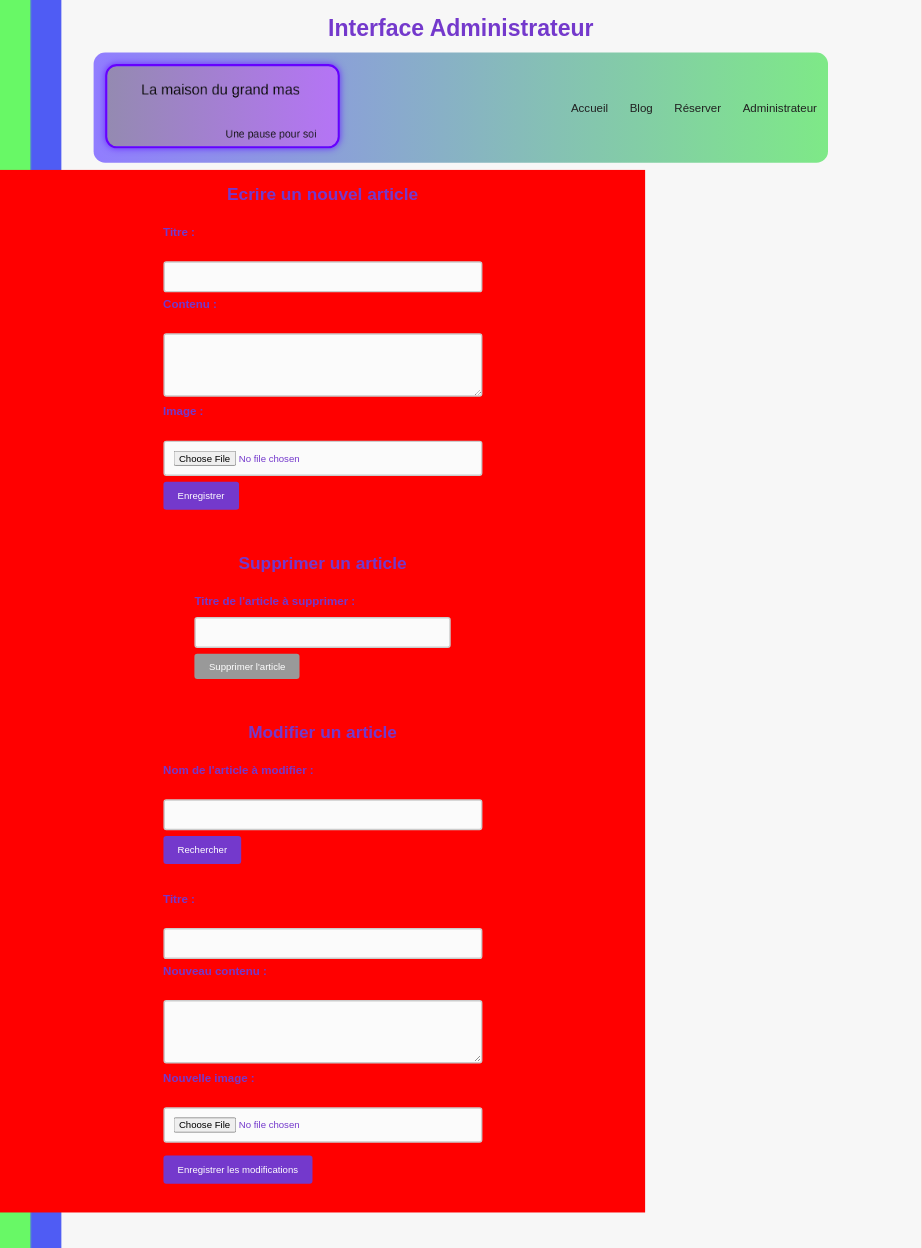
Repository: Crosnierpaul/Les_Rangers_de_Pouvoir
Page: http://localhost/adminBlog
The author's editor kept a copy of each file at every save. The page is drawn from the files as they stood at one save, then again after the next save.
The browser window is 1280 px wide. The pictures show the whole page, at 72% of full size.
Backgrounds fixed to the window are drawn as part of the page. The page is served by the project's Node server (site/server.js). Other server files are loaded and not shown.

Above is the page before, as saved 2024-05-07 16:53:41.

### site/public/views/blogAdmin.ejs
<!DOCTYPE html>
<html lang="fr">
<head>
    <meta charset="UTF-8">
    <meta name="viewport" content="width=device-width, initial-scale=1.0">
    <title>Interface Administrateur</title>
    <link rel="stylesheet" href="/css/style.css">
    <link rel="stylesheet" href="/css/blogAdmin.css">
    <!-- Utilisation du chemin absolu pour le fichier CSS -->
</head>
<body>
        <h1>Interface Administrateur</h1>
        <%- include('navbarAdmin') %>

        <div class="containerBlog">
    <section>
        <h2>Ecrire un nouvel article</h2>
        <form id="articleForm">
            <label for="title">Titre :</label><br>
            <input type="text" id="title" name="title" required><br>
            <label for="content">Contenu :</label><br>
            <textarea id="content" name="content" rows="4" cols="50" required></textarea><br>
            <label for="image">Image :</label><br>
            <input type="file" id="image" name="image"><br>
            <input type="submit" value="Enregistrer">
        </form>
    </section>

    <section>
        <h2>Supprimer un article</h2>
         <form id="deleteArticleForm">
            <label for="articleTitleToDelete">Titre de l'article à supprimer :</label>
            <input type="text" id="articleTitleToDelete" name="articleTitleToDelete">
            <button type="submit">Supprimer l'article</button>
        </form>
    </section>

    <section >
        <h2>Modifier un article</h2>
        <form id="searchArticleForm">
            <label for="searchTitle">Nom de l'article à modifier :</label><br>
            <input type="text" id="searchTitle" name="searchTitle" required><br>
            <input type="submit" value="Rechercher">
        </form>

        <form id="editArticleForm">
            <label for="editTitle">Titre :</label><br>
            <input type="text" id="editTitle" name="editTitle" readonly required><br>
            <label for="editContent">Nouveau contenu :</label><br>
            <textarea id="editContent" name="editContent" rows="4" cols="50" required></textarea><br>
            <label for="editImage">Nouvelle image :</label><br>
            <input type="file" id="editImage" name="editImage"><br>
            <input type="submit" value="Enregistrer les modifications" id="saveChanges">
        </form>
    </section>
</div>

    <script src="/js/blogAdmin.js"></script> <!-- Utilisation du chemin absolu pour le fichier JavaScript -->
</body>
</html>

### site/public/views/navbarAdmin.ejs
<!DOCTYPE html>
<html lang="fr">
<head>
    <meta charset="UTF-8">
    <meta name="viewport" content="width=device-width, initial-scale=1.0">
    <title>Navbar</title>
    <link href="/css/navbar.css" rel="stylesheet">
</head>
<body>
    <header>
        <nav class="navbar navbar-expand-md navbar-light">
            <div class="container">
                <!-- Ajouter le bouton de bascule pour les petits écrans
                <button class="navbar-toggler" type="button" data-toggle="collapse" data-target="#navbarSupportedContent" aria-controls="navbarSupportedContent" aria-expanded="false" aria-label="Toggle navigation">
                    <span class="navbar-toggler-icon"></span>
                </button> -->
                <div class="collapse navbar-collapse justify-content-center" id="navbarSupportedContent">
                    <ul class="navbar-nav d-flex justify-content-start">
                        <li id="liLogo">
                            <img id="logo" src="/images/logo.png"/>
                        </li>
                        <li class="nav-item">
                            <a class="nav-link" href="/">Accueil</a>
                        </li>
                        <li class="nav-item">
                            <a class="nav-link" href="/blog">Blog</a>
                        </li>
                        <li class="nav-item">
                            <a class="nav-link" href="/entretien">Réserver</a>
                        </li>
                        <li class="nav-item">
                            <a class="nav-link" href="/admin">Administrateur</a>
                        </li>
                        </ul>
                    </div>
                </div>
            </div>
        </nav>
    </header>

    <!-- Inclure jQuery (requis pour Bootstrap JavaScript)
    <script src="https://ajax.googleapis.com/ajax/libs/jquery/3.5.1/jquery.min.js"></script>
    Inclure Bootstrap JavaScript
    <script src="https://stackpath.bootstrapcdn.com/bootstrap/4.5.2/js/bootstrap.bundle.min.js"></script> -->
</body>
</html>

<script>
    // Attendez que le DOM soit chargé
    document.addEventListener("DOMContentLoaded", function() {
        // Récupérez l'URL de la page actuelle
        var currentLocation = window.location.href.substring("http://localhost:3000".length);

        // Sélectionnez tous les liens de la navbar
        var navLinks = document.querySelectorAll('.navbar-nav .nav-item');

        // Parcourez chaque lien pour vérifier s'il correspond à la page active
        navLinks.forEach(function(navItem) {
            var link = navItem.querySelector('.nav-link');
            var linkHref = link.getAttribute('href');

            // Vérifiez si l'URL de la page actuelle correspond à l'URL du lien dans la navbar
            if (currentLocation === linkHref) {
                // Ajoutez la classe 'active' à l'élément parent (li) correspondant
                navItem.classList.add('active');
            }
        });
    });
</script>

### site/public/css/style.css

body {
    font-family: Arial, sans-serif;
    margin: 20px;
    padding: 0;
    background-image: url(../images/layered-waves-haikei.png);
    background-size: cover;
    background-repeat: no-repeat;
    background-attachment: fixed;
}

h1, h2 {
    text-align: center;
    margin-bottom: 5px;
    color: #7439cc;
}


form {
    margin-bottom: 30px;
}

label {
    display: block;
    margin-bottom: 5px;
    color: #7439cc;
}

input[type="text"],
textarea,
input[type="file"] {
    width: 100%;
    padding: 10px;
    margin-bottom: 15px;
    border: 1px solid #191919;
    border-radius: 4px;
    box-sizing: border-box;
    background-color: #fbfbfb;
    color: #7439cc;
}

input[type="submit"],
button[type="submit"] {
    display: inline-block;
    background-color: #999;
    color: #fff;
    padding: 10px 20px;
    margin-bottom: 10px;
    border: none;
    border-radius: 4px;
    cursor: pointer;
}

input[type="submit"]:hover,
button[type="submit"]:hover {
    background-color: #ccc;
    color: #333;
}

#clearArticles,
#deleteArticle {
    margin-right: 10px;
}

@media (max-width: 480px) {
    #deleteArticle,
    #deleteLastArticle {
        width: 100%;
        display: block;
        margin-right: 0;
    }
}

#articlesList {
    background-color: #333;
}

/*------------------------- CONTAINER ET INFOS INFOS ACCUEIL ---------------------------------------------*/

.bordertitle {
    border-bottom: 4px solid #e9de02;
    border-top: 4px solid #e9de02;
    box-shadow: #e9de024e -5px 5px, rgba(240, 46, 170, 0.3) -10px 10px, rgba(240, 46, 170, 0.2) -15px 15px, rgba(240, 46, 170, 0.1) -20px 20px, rgba(240, 46, 170, 0.05) -25px 25px;
}


.containerindex {
    display: flex;
    flex-direction: column;
    min-width: 40em;
    max-width: 120em;
    align-items: center;
    border-radius: 48px 10px 46px 10px;
    -webkit-border-radius: 48px 10px 46px 10px;
    -moz-border-radius: 48px 10px 46px 10px;
    background-image: url(../images/blob-scene-haikei.png);
    background-repeat: no-repeat;
    background-size: cover;
}
.row {
    display: flex;
    justify-content: center; /* Espacement égal entre les éléments */
    width: 100%;
}

.card {
    --background: linear-gradient(to left, #7439cc 0%, #1ae42b 100%);
    max-width: 100%;
    max-height: 100%;
    padding: 5px;
    border-radius: 1rem;
    overflow: visible;
    background: #f7ba2b;
    background: var(--background);
    position: relative;
    z-index: 1;
    margin: 20px;
    margin-top: 15px;
}

.card::after {
    position: absolute;
    content: "";
    top: 30px;
    left: 0;
    right: 0;
    z-index: -1;
    height: 100%;
    width: 100%;
    transform: scale(0.8);
    filter: blur(25px);
    background: #f7ba2b;
    background: var(--background);
    transition: opacity .5s;
}

.card-info {
    --color: #f4f4f4;
    background: var(--color);
    color: var(--color);
    display: flex;
    flex-direction: column; /* Affichage en colonnes */
    justify-content: center;
    align-items: center;
    width: 100%;
    height: 100%;
    overflow: visible;
    border-radius: .7rem;
}

.card .title {
    font-weight: bold;
}

/*Hover*/
.card:hover::after {
    opacity: 0;
}

.card:hover .card-info {
    color: #f7ba2b;
    transition: color 1s;
}

/* Ajouter un espace de 25px entre les deux cartes du haut */
.row:first-child .col-6 {
    margin-right: 25px;
}

/* Centrer la carte du bas */
.row:last-child {
    justify-content: center;
}

.row {
    display: flex;
    justify-content: center;
    width: 100%;
    flex-direction: row;
    flex-wrap: nowrap;
    align-content: center;
    align-items: center;
}


/*------------------------- ONEPAGE ---------------------------------------------*/

body {
    font-family: Arial, sans-serif;
    margin: 0;
    padding: 0;
    box-sizing: border-box;
    overflow-x: hidden; /* Empêche le défilement horizontal d'apparaître */
}

.navbarHori {
    position: fixed;
    top: 50%; /* Positionne la barre de navigation à 50% du haut de la fenêtre */
    transform: translateY(-50%); /* Déplace la barre de navigation vers le haut de moitié de sa propre hauteur */
    right: 10px; /* Ajoute un espace à droite pour éviter le chevauchement avec la barre de défilement */
    width: 20px; /* Largeur réduite de la barre de navigation */
    height: calc(100vh - 50vh); /* Hauteur de la barre de navigation (100% de la hauteur moins 50% de la hauteur) */
    background-color: rgb(156, 255, 164);
    display: flex;
    flex-direction: column;
    align-items: center;
    justify-content: center;
    border-radius: 15px;
    opacity: 0.2; /* Définit l'opacité initiale à 0 (invisible) */
    transition: opacity 0.3s ease; /* Ajoute une transition sur l'opacité */
}

.navbarHori:hover {
    opacity: 1; /* Rend la barre de navigation visible au survol */
}

.navbarHori a {
    text-decoration: none;
    margin-bottom: 18px; /* Réduit légèrement l'espacement entre les points */
    width: 10px; /* Largeur réduite du point */
    height: 10px; /* Hauteur réduite du point */
    border-radius: 50%; /* Pour rendre le point rond */
    background-color: #fff;
    display: flex;
    align-items: center;
    justify-content: center;
    transition: transform 0.2s ease; /* Ajoute une transition sur la propriété transform */
}

.navbarHori a:hover {
    transform: scale(0.9); /* Réduit légèrement la taille du point au survol */
}

.navbarHori a:active {
    transform: scale(0.8); /* Réduit davantage la taille du point lorsque pressé */
    /* background-color: #666; /* Change la couleur de fond du point lorsque pressé */
    opacity: 0;
}

.baniere {
    display: flex;
    flex-direction: column;
    align-items: center;
    justify-content: center;
    padding: 50px;
    margin: 1em;
    background-image: url(https://www.barnes-international.com/images/titres_personnalises/-titre-lhYBl.jpg);
    height: 60vh;
    border-radius: 1em;
}

.section {
    display: flex;
    flex-direction: column;
    align-items: center;
    padding: 50px;
    margin-top: 80px;
    /* background-image: url(https://img.freepik.com/vecteurs-premium/fond-remplissage-motif-repetition-sans-soudure_74869-1234.jpg?size=626&ext=jpg&ga=GA1.1.1413502914.1713571200&semt=ais); */
    /* --background: linear-gradient(to bottom, #ffffff 0%, #999999 100%);
    background: var(--background); */
    background-color: #eeeeee00;
    max-height: 400vh;
    min-height: 100vh;
}

.section h1 {
    text-align: center;
    margin-top: -20px;
    margin-bottom: 20px;
    color : #7439cc;
}

.section ul {
    list-style-type: none;
    padding: 0;
    margin: 0;
}

.section ul li {
    margin-right: 1em;
    margin-left: 1em;
    position: relative;
    padding-left: 20px;
    margin-bottom: 8px;
    font-size: 18px; /* Taille de texte ajustée */
    line-height: 1.6;
    color: #7439cc;
    font-family: "Arial", sans-serif; /* Changement de police */
}

/* Affiche la section correspondante lorsqu'un point est survolé */
.navbarHori a:hover::before {
    content: attr(data-section); /* Affiche le nom de la section */
    position: absolute;
    right: 180%; /* Positionne le texte à gauche de la barre de navigation */
    background-color: rgba(255, 255, 255, 0.9); /* Couleur de fond du texte */
    padding: 5px;
    border-radius: 5px;
    font-size: 14px;
    white-space: nowrap;
}

@media (max-width: 768px) { /* Ajout de la règle media query pour les tailles de vue inférieures à 768px, qui est généralement utilisée pour les tablettes et les téléphones */
    .navbarHori {
        position: fixed;
        top: 50%;
        transform: translateY(-50%); /* Déplace la barre de navigation vers le haut de moitié de sa propre hauteur */
        height: auto;
        transform: none; /* Supprime la transformation de translation */
        opacity: 1; /* Rend la barre de navigation toujours visible */
        background-color: rgb(156, 255, 164); /* Couleur de fond */
    }

    .navbarHori:hover,
    .navbarHori a:hover,
    .navbarHori a:active {
        transform: none; /* Supprime la transformation au survol ou à l'activation */
        opacity: 1; /* Rend la barre de navigation toujours visible */
    }

    .navbarHori a::before {
        display: none; /* Cache le texte de section avant le survol */
    }
}

#articlesList div {
    background-color: #f9f9f9;
    border-radius: 1em;
    margin: 1em;
    padding-top: 2vh;
    padding-bottom: 2vh;
    padding-left: 5vh;
    padding-right: 5vh;
}

#articlesList p, #articlesList h2 {
    color: #7439cc;
}

#articlesList {
    background-color: transparent;
}

### site/public/css/blogAdmin.css

/* Style pour le formulaire d'ajout d'article */
#articleForm {
    margin-top: 30px;
}

/* Style pour le formulaire de suppression d'article */
#deleteArticleForm {
    margin-top: 30px;
}

/* Style pour le formulaire de recherche d'article */
#searchArticleForm {
    margin-top: 30px;
}

/* Style pour le formulaire de modification d'article */
#editArticleForm {
    margin-top: 30px;
}

/* Style pour les étiquettes des formulaires */
label {
    font-weight: bold;
}
/* Styles pour les sections */
.containerBlog {
    margin-bottom: 50px;
    background-color: red;
    width: 70%;
    display: flex;
    flex-direction: column;
    align-items: center;
}


/* Style pour les titres des sections */
h1, h2 {
    text-align: center;
}

/* Style pour les champs de saisie et les zones de texte */
input[type="text"],
input[type="file"],
textarea {
    width: 100%;
    padding: 12px;
    margin: 8px 0;
    box-sizing: border-box;
    border: 2px solid #ccc;
    border-radius: 4px;
    outline: none;
    transition: border-color 0.3s;
}

/* Style pour les champs de saisie et les zones de texte au survol */
input[type="text"]:focus,
input[type="file"]:focus,
textarea:focus {
    border-color: #7439cc;
}

/* Style pour les boutons */
input[type="submit"],
button {
    background-color: #7439cc;
    color: white;
    padding: 12px 20px;
    border: none;
    border-radius: 4px;
    cursor: pointer;
    transition: background-color 0.3s;
}

/* Style pour les boutons au survol */
input[type="submit"]:hover,
button:hover {
    background-color: #5f2982;
}
/* Style pour les boutons de modification */
#saveChanges {
    margin-top: 10px;
}

/* Style pour les messages d'erreur */
.error {
    color: red;
    margin-top: 5px;
}

### site/public/css/navbar.css
.start-header {
	opacity: 1;
	transform: translateY(0);
	padding: 20px 0;
	box-shadow: 0 10px 30px 0 rgba(138, 155, 165, 0.15);
	-webkit-transition : all 0.3s ease-out;
	transition : all 0.3s ease-out;
}

.start-header.scroll-on {
	box-shadow: 0 5px 10px 0 rgba(138, 155, 165, 0.15);
	padding: 10px 0;
	-webkit-transition : all 0.3s ease-out;
	transition : all 0.3s ease-out;
}

.start-header.scroll-on .navbar-brand img{
	height: 24px;
	-webkit-transition : all 0.3s ease-out;
	transition : all 0.3s ease-out;
}

.navigation-wrap{
	position: fixed;
	width: 100%;
	top: 0;
	left: 0;
	z-index: 1000;
	-webkit-transition : all 0.3s ease-out;
	transition : all 0.3s ease-out;
}

.navbar {
    padding: 10px 0;
    display: flex;
    justify-content: center;
	margin-left: 1em;
  	margin-right: 1em;
}

.navbar-toggler {
	float: right;
	border: none;
	padding-right: 0;
	padding-left: 0;

}

.navbar-toggler:active,
.navbar-toggler:focus {
	outline: none;
}

.navbar-light .navbar-toggler-icon {
	width: 24px;
	height: 17px;
	background-image: none;
	position: relative;
	border-bottom: 1px solid #000;
    transition: all 300ms linear;
}

.navbar-light .navbar-toggler-icon:after,
.navbar-light .navbar-toggler-icon:before{
	width: 24px;
	position: absolute;
	height: 1px;
	background-color: #000;
	top: 0;
	left: 0;
	content: '';
	z-index: 2;
    transition: all 300ms linear;
}

.navbar-light .navbar-toggler-icon:after{
	top: 8px;
}

.navbar-toggler[aria-expanded="true"] .navbar-toggler-icon:after {
	transform: rotate(45deg);
}

.navbar-toggler[aria-expanded="true"] .navbar-toggler-icon:before {
	transform: translateY(8px) rotate(-45deg);
}

.navbar-toggler[aria-expanded="true"] .navbar-toggler-icon {
	border-color: transparent;
}

.nav-link{
	color: #212121 !important;
	font-weight: 500;
    transition: all 200ms linear;
}

.nav-item.active .nav-link{
	color: #7439cc  !important;
}

/* LIGNE SOUS LIEN APRES SOURIS DESSUS */

.nav-link {
	position: relative;
	padding: 5px 0 !important;
	display: inline-block;
}

.nav-item:after {
	position: absolute;
	bottom: -5px;
	left: 0;
	width: 100%;
	height: 2px;
	content: '';
	background-color: #7439cc ;
	opacity: 0;
    transition: all 200ms linear;
}

/* FIN LIGNE SOUS LIEN */

.nav-item:hover:after{
	bottom: 0;
	opacity: 1;
}

.nav-item.active:hover:after{
	opacity: 0;
}

.nav-item {
    position: relative;
    transition: all 200ms linear;
    padding: 1em;
    text-align: center;
}

/* .nav-item.active .nav-link {
    color: #007bff; /* Changez cette couleur pour mettre en évidence l'élément actif
} */

.navbar-brand {
    margin-right: auto;
    margin-left: auto;
}

/* Ajoutez ces styles pour supprimer les puces des éléments li */
.navbar-nav {
    display: flex;
    justify-content: center;
    align-items: center;
    padding-left: 0; /* Supprime le décalage à gauche de la liste */
}

.navbar-nav .nav-item {
    padding: 0 15px;
    list-style: none; /* Supprime les puces */
}

.navbar-nav .nav-link {
    color: #212121 !important;
    font-weight: 500;
    transition: all 200ms linear;
}

.navbar-nav .nav-item:hover .nav-link {
    color: #7439cc !important;
}

/* Modifiez les styles des liens de navigation pour ressembler à du texte normal */
.nav-link {
    color: #212121 !important;
    font-weight: 500;
    transition: all 200ms linear;
    text-decoration: none; /* Supprime le soulignement par défaut des liens */
    cursor: pointer; /* Change le curseur en pointeur au survol */
}

.container {
	--background: linear-gradient(to right, #917dff 0%, #7ee987 100%);
    margin: 0px;
	min-height: 15vh;
	min-width: 60%;
	max-width: max-content;
	background: var(--background);
	border-radius: 1em;
}

.purple {
	color: #7439cc;
}

#logo {
	width: 20em;
	border: 3.5px solid #6600ff;
	border-radius: 1em;
	margin-left:  1em;
	margin-right: 19.1em;
	--background: linear-gradient(to right, #948ab1 0%, #b574f6 100%);
	background: var(--background);
	box-shadow: 0 0 10px 0 rgb(106, 43, 255);
}

#liLogo {
    list-style: none;
}

.nav-item.active:after {
	position: absolute;
	bottom: 0;
	left: 0;
	width: 100%;
	height: 2px;
	content: '';
	background-color: #7439cc ;
	opacity: 1;
}

.rs {
	margin-left: 18em;
	display: inherit;
}

.rs .nav-item {
	margin-left: 5px;
	margin-right: 5px;
}

/* Styles pour les écrans plus petits que 768px */
@media (max-width: 1000px) {
    .navbar {
        flex-direction: column; /* Afficher les éléments de la navbar en colonne */
        align-items: center; /* Centrer les éléments */
    }

    .navbar-nav {
        flex-direction: column; /* Afficher les éléments de la navbar en colonne */
        align-items: center; /* Centrer les éléments */
    }

    .navbar-toggler {
        order: -1; /* Mettre le bouton de bascule en haut */
        margin-bottom: 10px; /* Ajouter un espace entre le bouton de bascule et les liens */
    }

    .rs {
        margin-left: 0; /* Réinitialiser la marge pour les icônes de réseaux sociaux */
        text-align: center; /* Centrer les icônes de réseaux sociaux */
    }
}

/*Styles pour les écrans plus petits que 576px */
@media (max-width: 576px) {
    .navbar-brand {
        margin: 0; /* Réinitialiser la marge pour le logo */
    }

    #logo {
        width: 98.3%; /* Faire en sorte que le logo occupe toute la largeur */
        margin: 0; /* Réinitialiser la marge */
    }

    .rs {
        display: flex; /* Afficher les icônes de réseaux sociaux en ligne */
        justify-content: center; /* Centrer les icônes de réseaux sociaux */
    }

    .rs .nav-item {
        margin: 0 5px; /* Ajouter un espacement horizontal entre les icônes de réseaux sociaux */
    }
}

.tel {
	margin-top: 5px;
}

Loaded but not shown: site/public/js/blogAdmin.js (188 lines, source omitted); site/server.js (72 lines, source omitted)

After the next save:
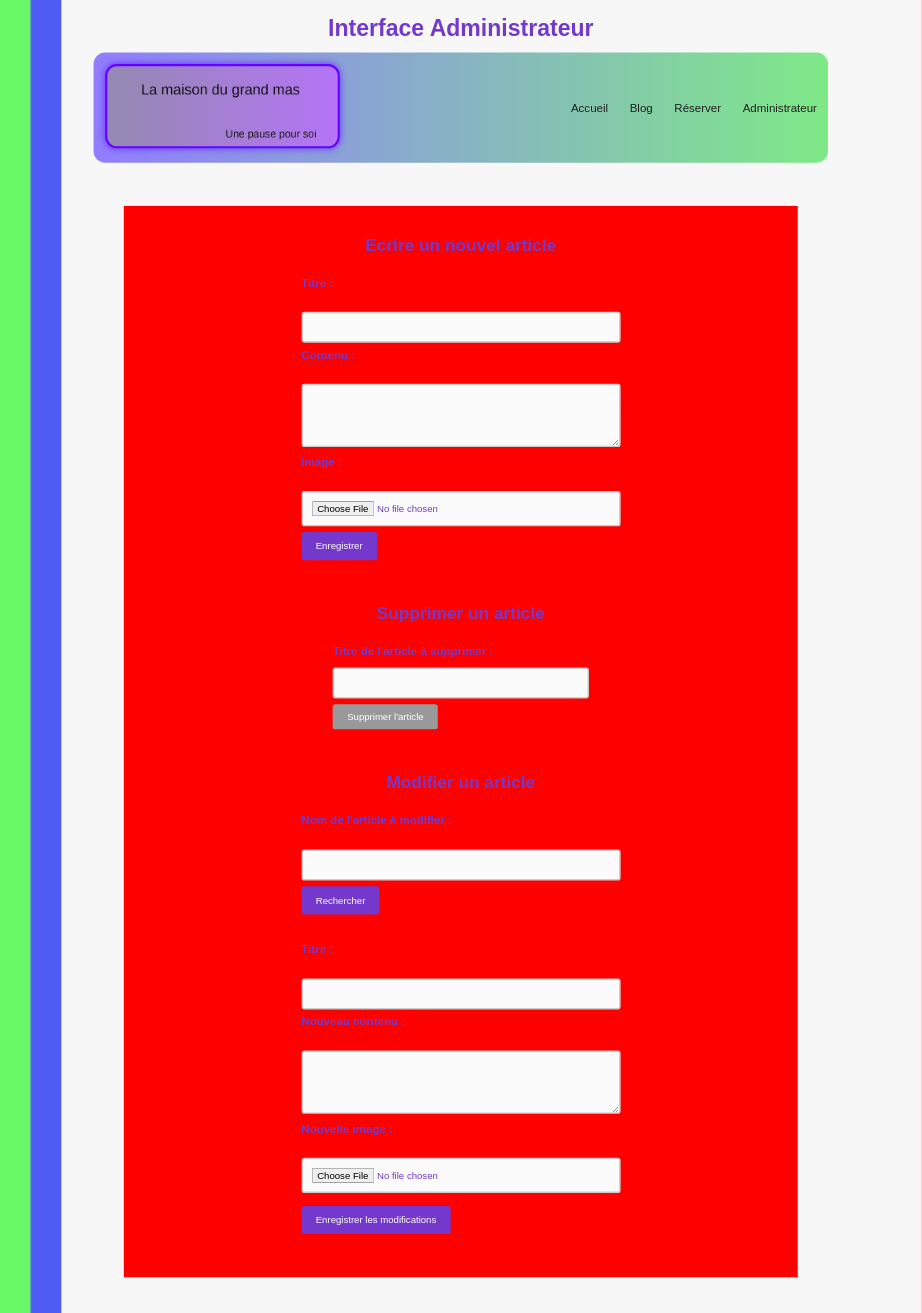
Saved 2 min 28 s later.
--- a/site/public/css/blogAdmin.css
+++ b/site/public/css/blogAdmin.css
@@ -25,12 +25,13 @@ label {
 }
 /* Styles pour les sections */
 .containerBlog {
-    margin-bottom: 50px;
+    margin: 50px auto; /* Ajoute une marge en haut et en bas et centre horizontalement */
     background-color: red;
     width: 70%;
     display: flex;
     flex-direction: column;
     align-items: center;
+    padding: 20px; /* Ajoute un peu d'espace intérieur */
 }
 
 
